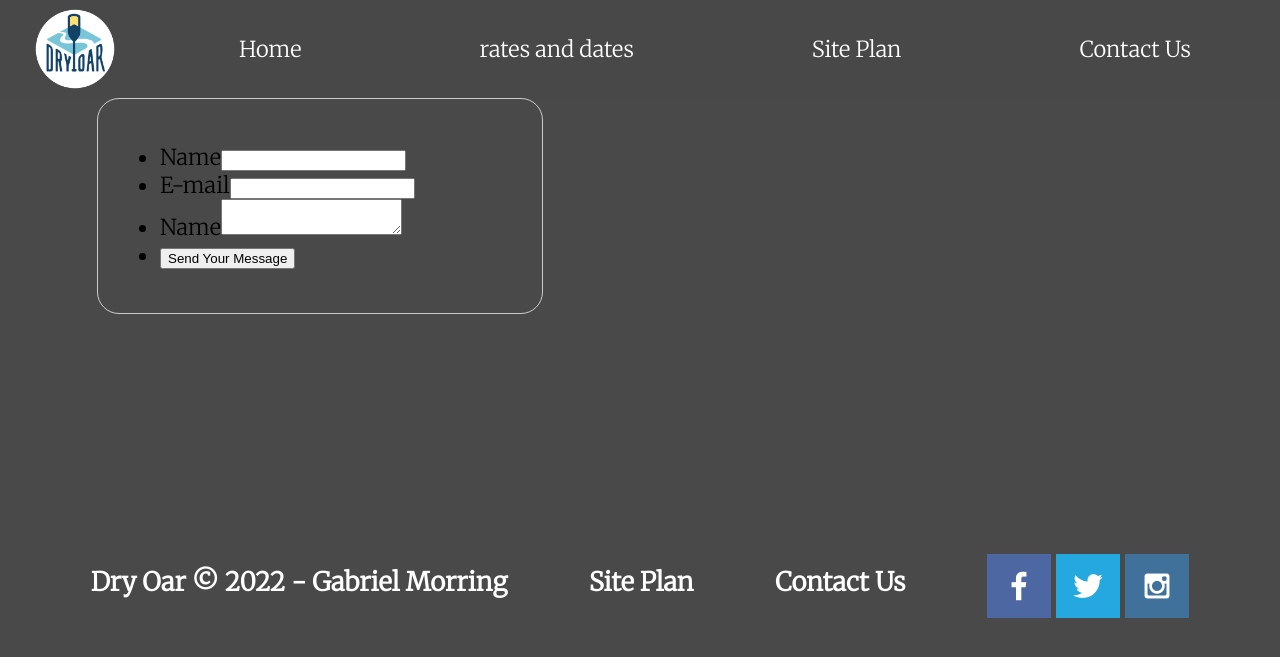
Repository: GabrielMorring/wdd130
Page: wwr/contactus.html
The author's editor kept a copy of each file at every save. The page is drawn from the files as they stood at one save, then again after the next save.
The browser window is 1280 px wide. The pictures show the whole page.
Some web fonts or font styles are not loaded; a fallback is used.

Above is the page before, as saved 2022-06-21 10:29:53.

After the next save:
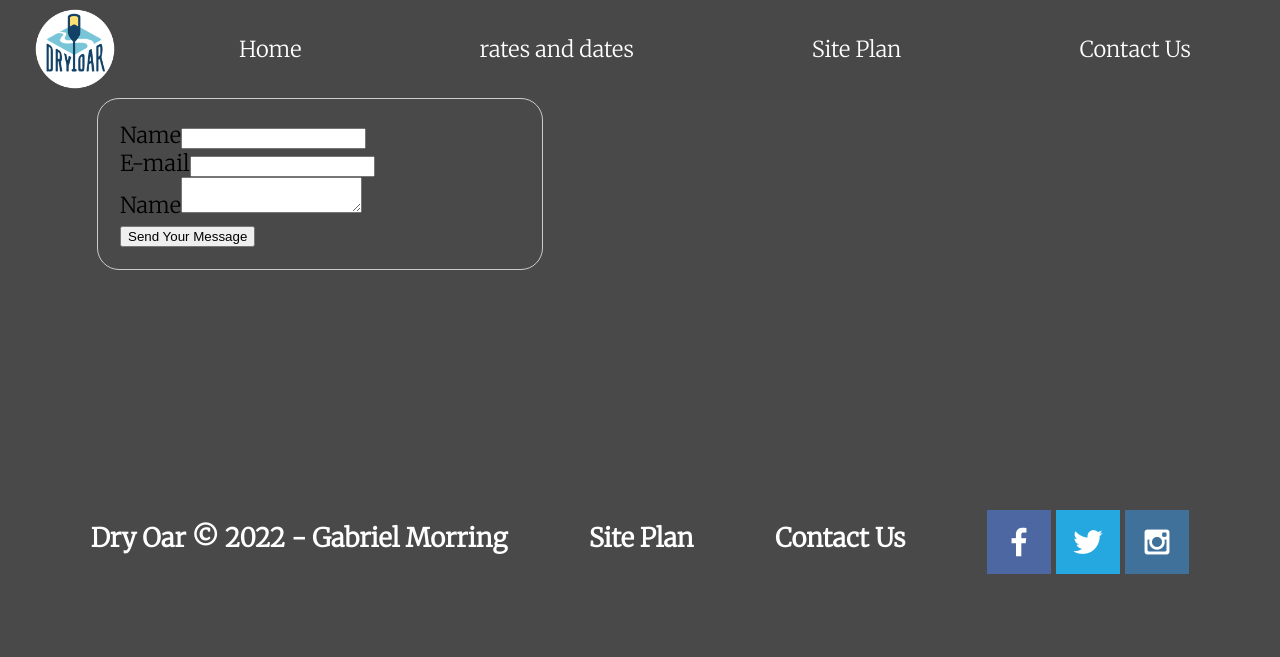
Saved 50 s later.
--- a/wwr/contactus.html
+++ b/wwr/contactus.html
@@ -13,6 +13,12 @@
         padding: 1em;
         border: 1px solid #ccc;
         border-radius: 1em;
+      }
+
+      ul {
+        list-style: none;
+        padding: 0;
+        margin: 0;
       }
     </style>
   </head>
